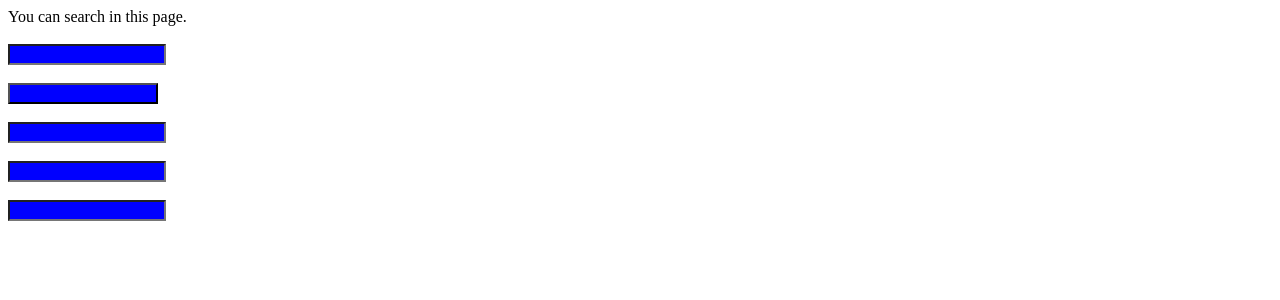
Repository: learoncero/SEProjektUebung
Page: http://localhost/HikingSoftware/search.jsp
The author's editor kept a copy of each file at every save. The page is drawn from the files as they stood at one save, then again after the next save.
The browser window is 1280 px wide. The pictures show the whole page.
The page is served by Tomcat 9.

Above is the page before, as saved 2023-10-18 08:02:37.

### HikingSoftware/src/main/webapp/search.jsp
<%@ page language="java" contentType="text/html; charset=ISO-8859-1"
    pageEncoding="ISO-8859-1"%>
<!DOCTYPE html>
<html>
<head>
<meta charset="ISO-8859-1">
<title>Insert title here</title>
</head>
<body>
	You can search in this page.
	<br/><br/>
	<input type="text" style="width:150px;background-color:blue">
	<br/><br/>
	<input type="button" style="width:150px;background-color:blue">
	<br/><br/>
	<input type="password" style="width:150px;background-color:blue">
	<br/><br/>
	<input type="email" style="width:150px;background-color:blue">
	<br/><br/>
	<input type="text" name="suchstring" style="width:150px;background-color:blue">
</body>
</html>

After the next save:
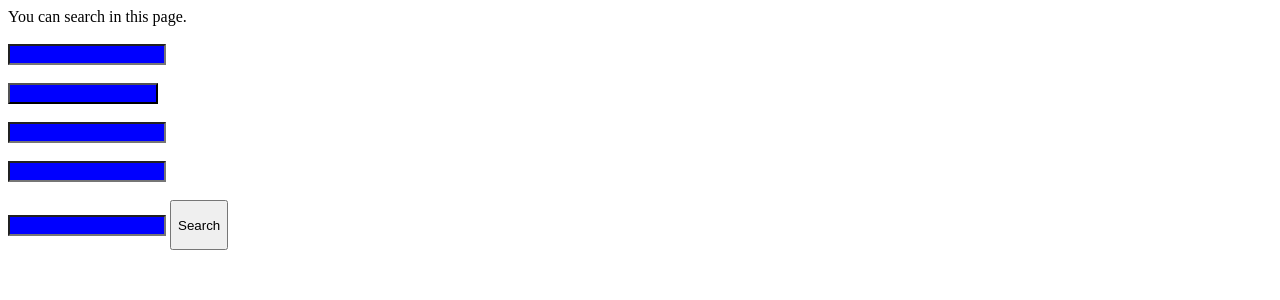
Saved 71 s later.
--- a/HikingSoftware/src/main/webapp/search.jsp
+++ b/HikingSoftware/src/main/webapp/search.jsp
@@ -18,5 +18,6 @@
 	<input type="email" style="width:150px;background-color:blue">
 	<br/><br/>
 	<input type="text" name="suchstring" style="width:150px;background-color:blue">
+	<input type="button" value="Search" style="widht:100px; height:50px">
 </body>
 </html>
